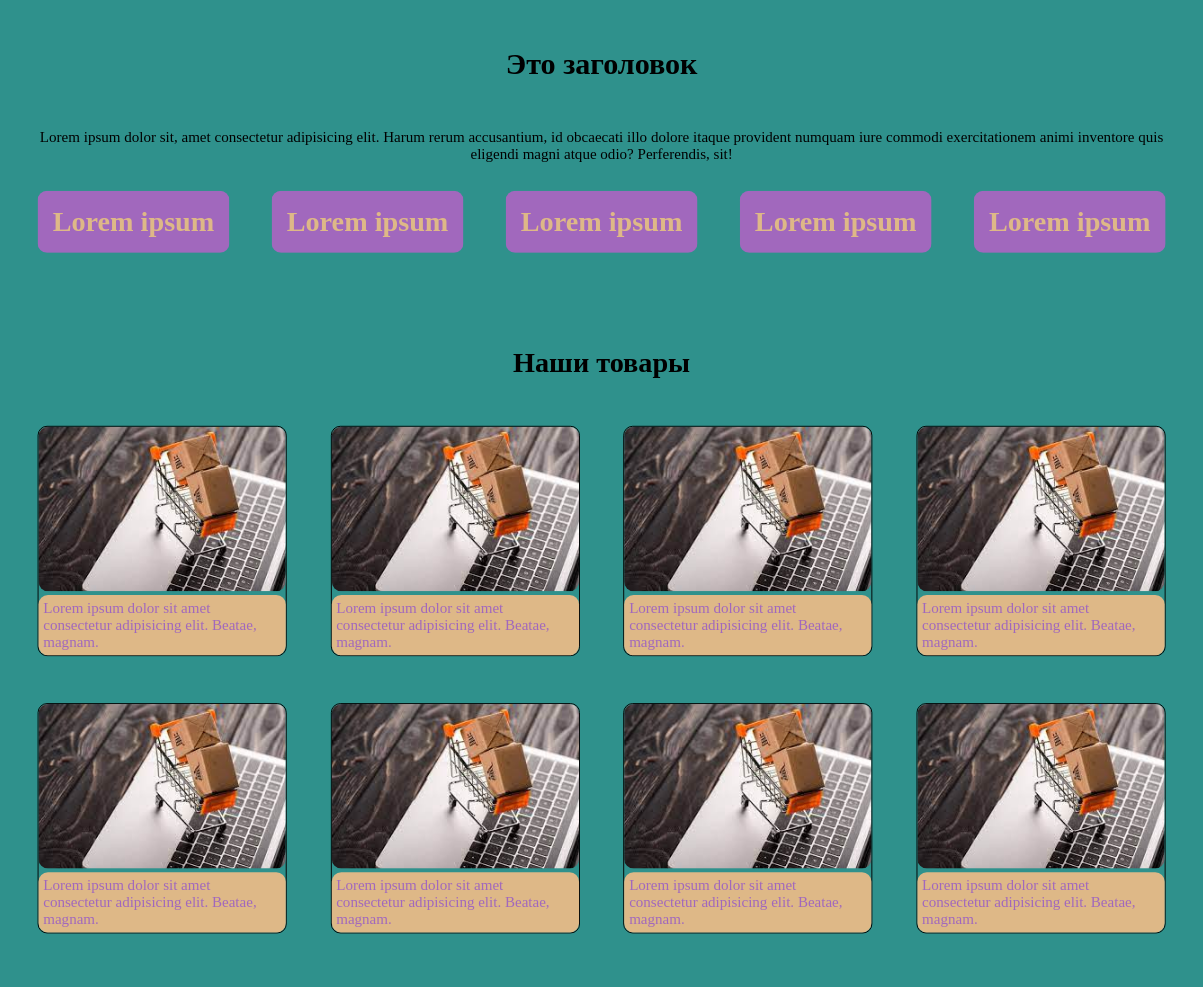
Repository: annamsklv/web
Page: seminar2_26.01/index.html
The author's editor kept a copy of each file at every save. The page is drawn from the files as they stood at one save, then again after the next save.
The browser window is 1280 px wide. The pictures show the whole page, at 94% of full size.

Above is the page before, as saved 2023-02-01 18:47:08.

### seminar2_26.01/index.html
<!DOCTYPE html>
<html lang="en">
<head>
    <meta charset="UTF-8">
    <meta http-equiv="X-UA-Compatible" content="IE-edge">
    <meta name="viewport" content="width=device-width, initial-scale=1.0">
    <title>Моя вторая страница</title>
    <link rel="preconnect" href="https://fonts.googleapis.com">
<link rel="preconnect" href="https://fonts.gstatic.com" crossorigin>
<link href="https://fonts.googleapis.com/css2?family=Pacifico&display=swap" rel="stylesheet">
    <link rel="stylesheet" href="test2.css">
    <!-- <link rel="preconnect" href="https://fonts.googleapis.com">
<link rel="preconnect" href="https://fonts.gstatic.com" crossorigin>
<link href="https://fonts.googleapis.com/css2?family=Ruslan+Display&display=swap" rel="stylesheet">
    <link rel="stylesheet" href="test2.css"> -->

</head>
<body>
    <div class="header">
     <div class="container">
        <h1 class="title">Это заголовок</h1>
    <p class="description">Lorem ipsum dolor sit, amet consectetur adipisicing elit. Harum rerum accusantium, id obcaecati illo dolore itaque provident numquam iure commodi exercitationem animi inventore quis eligendi magni atque odio? Perferendis, sit!</p>
    <div class="nav">
     <a class="nav-link"href="#">Lorem ipsum</a>
     <a class="nav-link"href="#">Lorem ipsum</a>
     <a class="nav-link" href="#">Lorem ipsum</a>
     <a class="nav-link"href="#">Lorem ipsum</a>
     <a class="nav-link"href="#">Lorem ipsum</a>
    </div>
     </div>
     </div>

    <div class="content">
        <div class="container">
            <h2 class="subtitle">Наши товары</h2>
        <div class="item-box">
            <div class="item">
                <img class="item-pic" src="img/product.jpeg" alt="product">
                <a class="item-link" href="test3.html">Lorem ipsum dolor sit amet consectetur adipisicing elit. Beatae, magnam.</a>
            </div>
            <div class="item">
                <img class="item-pic" src="img/product.jpeg" alt="product">
                <a class="item-link" href="test3.html">Lorem ipsum dolor sit amet consectetur adipisicing elit. Beatae, magnam.</a>
            </div>
            <div class="item">
                <img class="item-pic" src="img/product.jpeg" alt="product">
                <a class="item-link" href="test3.html">Lorem ipsum dolor sit amet consectetur adipisicing elit. Beatae, magnam.</a>
            </div>
            <div class="item">
                <img class="item-pic" src="img/product.jpeg" alt="product">
                <a class="item-link" href="test3.html">Lorem ipsum dolor sit amet consectetur adipisicing elit. Beatae, magnam.</a>
            </div>
            <div class="item">
                <img class="item-pic" src="img/product.jpeg" alt="product">
                <a class="item-link" href="test3.html">Lorem ipsum dolor sit amet consectetur adipisicing elit. Beatae, magnam.</a>
            </div>
            <div class="item">
                <img class="item-pic" src="img/product.jpeg" alt="product">
                <a class="item-link" href="test3.html">Lorem ipsum dolor sit amet consectetur adipisicing elit. Beatae, magnam.</a>
            </div>
            <div class="item">
                <img class="item-pic" src="img/product.jpeg" alt="product">
                <a class="item-link" href="test3.html">Lorem ipsum dolor sit amet consectetur adipisicing elit. Beatae, magnam.</a>
            </div>
            <div class="item">
                <img class="item-pic" src="img/product.jpeg" alt="product">
                <a class="item-link" href="test3.html">Lorem ipsum dolor sit amet consectetur adipisicing elit. Beatae, magnam.</a>
            </div>
        </div>
        </div>
    </div>


<div class="footer">
<div class="container">

</div>
</div>
</body>
</html>

### seminar2_26.01/test2.css
* {
    margin: 0;
    padding: 0;
}

body{
    background-color: rgb(47, 145, 140);
}
.container{
    width: 1200px;
    margin: 0 auto;
}



.nav-link{
    color: burlywood;
    font-size: 30px;
    font-weight: bold;
    text-decoration: none;
    padding: 15px;
    background-color: rgb(161, 104, 189);
    border-radius: 10px;
    display: block;
    border: 1px solid transparent;

}

.title, .description, .subtitle{
    text-align: center;
    margin-top: 50px;
}

.nav{
    margin-top: 30px;
    display: flex;
    justify-content: space-between;
}

.nav-link:hover{
    border: 1 px solid darkmagenta;
    color: darkmagenta;
    background-color: white;
}

.item{
    width: 263px;
    border: 1px solid black;
    border-radius: 10px;

}

.item-pic{
    width: 100%;
    border-radius: 10px;
}

.content{
    margin-top: 100px;
}

.item-box{
    margin-top: 50px;
    display: flex;
    flex-wrap: wrap;
    justify-content:space-between;
}

.subtitle{
    font-family: 'Ruslan Display', cursive;
    font-size: 30px;
}
.item{
    margin-bottom: 50px;
}

.item-link {
    padding: 5px;
    background-color: burlywood;
    display: block;
    border-radius: 10px;
    font-family: 'Ruslan Display', cursive;
    text-decoration: none;
    color: rgb(161, 104, 189);
}

After the next save:
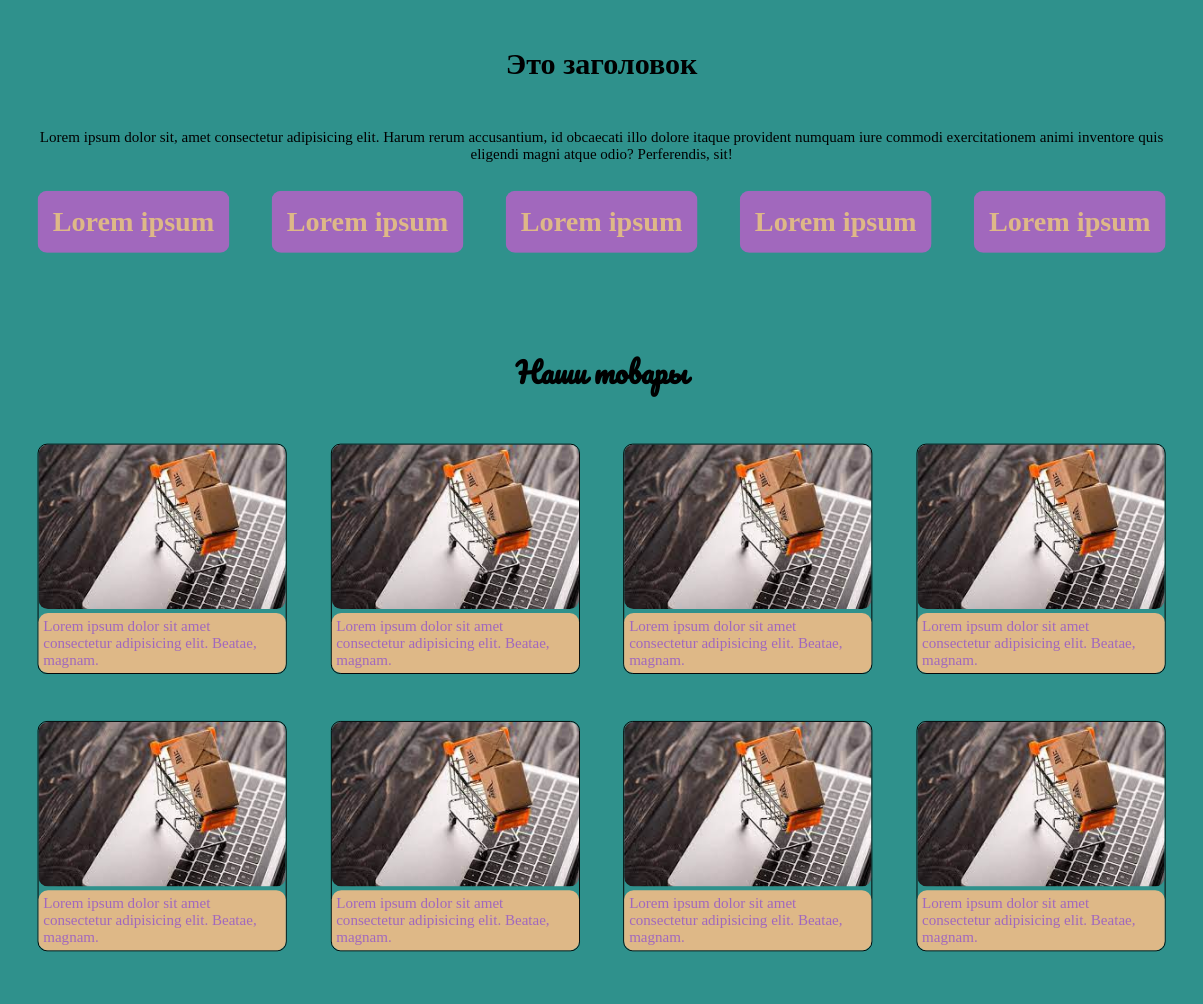
Saved 21 s later.
--- a/seminar2_26.01/test2.css
+++ b/seminar2_26.01/test2.css
@@ -67,7 +67,7 @@ body{
 }
 
 .subtitle{
-    font-family: 'Ruslan Display', cursive;
+    font-family: 'Pacifico', cursive;
     font-size: 30px;
 }
 .item{
